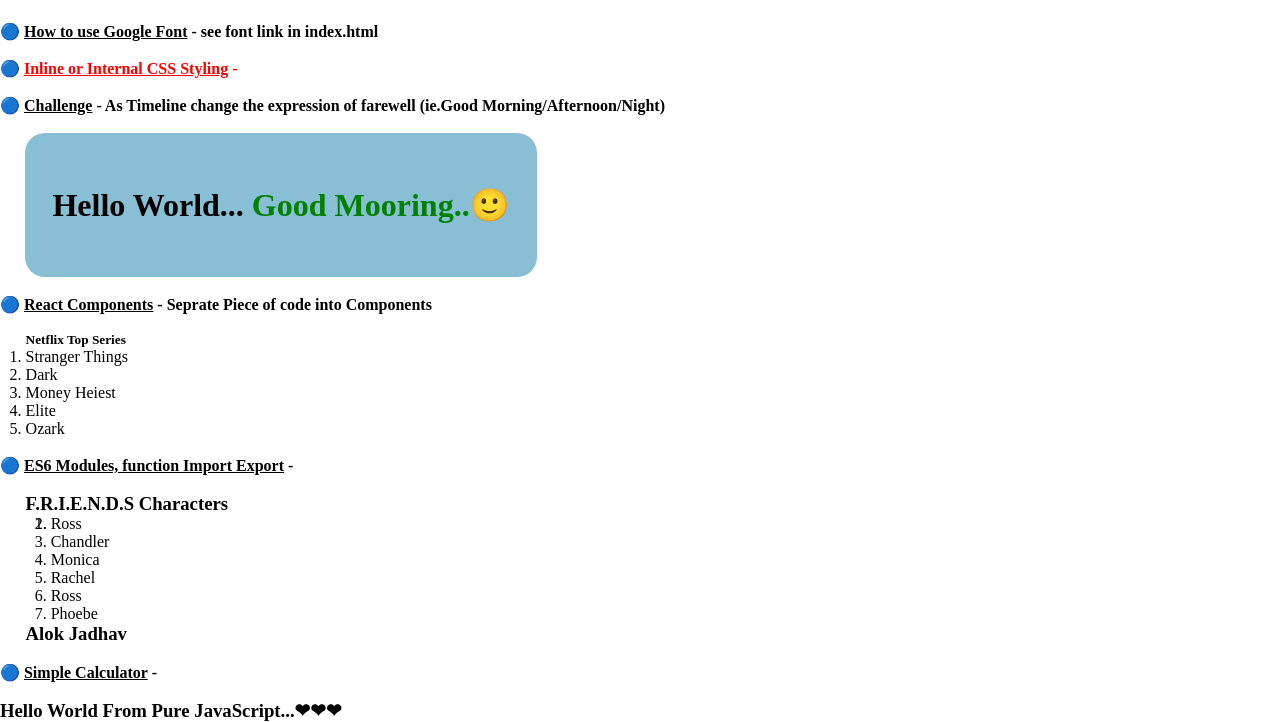
Repository: AalokJadhav/Being_ReactJS
Page: /
These files come from the project's save history. The page is drawn as it stood at one moment and after the next save; the edit follows.
The browser window is 1280 px wide. The pictures show the part of the page from y = 620 to 1414 px (the page is 1342 px tall before and 1414 px after).
The project was rebuilt for these pictures with package versions that can differ from the ones it lists, and the page was loaded fresh each time.

Above is the page before, as saved 2021-10-16 00:53:15.

### public/index.html
<!DOCTYPE html>
<html lang="en">

<head>
  <meta charset="utf-8" />
  <link rel="icon" href="%PUBLIC_URL%/favicon.ico" />
  <meta name="viewport" content="width=device-width, initial-scale=1" />
  <meta name="theme-color" content="#000000" />
  <meta name="description" content="Web site created using create-react-app" />
  <link rel="apple-touch-icon" href="%PUBLIC_URL%/logo192.png" />
  <!--
      manifest.json provides metadata used when your web app is installed on a
      user's mobile device or desktop. See https://developers.google.com/web/fundamentals/web-app-manifest/
    -->
  <link rel="manifest" href="%PUBLIC_URL%/manifest.json" />
  <link rel="preconnect" href="https://fonts.googleapis.com">
  <link rel="preconnect" href="https://fonts.gstatic.com" crossorigin>
  <link href="https://fonts.googleapis.com/css2?family=Josefin+Slab:ital,wght@1,200&display=swap" rel="stylesheet">
  <!--
      Notice the use of %PUBLIC_URL% in the tags above.
      It will be replaced with the URL of the `public` folder during the build.
      Only files inside the `public` folder can be referenced from the HTML.

      Unlike "/favicon.ico" or "favicon.ico", "%PUBLIC_URL%/favicon.ico" will
      work correctly both with client-side routing and a non-root public URL.
      Learn how to configure a non-root public URL by running `npm run build`.
    -->
  <title>React App</title>
</head>

<body>
  <noscript>You need to enable JavaScript to run this app.</noscript>
  <div id="root"></div>
  <!--
      This HTML file is a template.
      If you open it directly in the browser, you will see an empty page.

      You can add webfonts, meta tags, or analytics to this file.
      The build step will place the bundled scripts into the <body> tag.

      To begin the development, run `npm start` or `yarn start`.
      To create a production bundle, use `npm run build` or `yarn build`.
    -->
</body>

</html>

### src/index.js
// var React = require ('react');
// var ReactDom = require ('react-dom');

import React from 'react';
import ReactDom from 'react-dom';
import './index.css';
import App from './App';
import {AllCharacters, fullName} from './App';

const fullDate = new Date();
const date = fullDate.toLocaleDateString();
const time = fullDate.toLocaleTimeString();

const CurrDate = new Date(2021, 14, 10, 9);
const hour = CurrDate.getHours();
let greeting = '';

const cssStyle = {}

if (hour >= 1 && hour < 12) {
  greeting = 'Good Mooring..🙂';
  cssStyle.color = 'green';
} else if (hour >= 12 && hour < 19) {
  greeting = 'Good Afternoon..🙄';
  cssStyle.color = 'orange';
} else {
  greeting = 'Good Night..😴';
}
const RandomImgUrl = 'https://picsum.photos/2000';
const RandomImgUrl1 = 'https://picsum.photos/900';
const RandomImgUrl2 = 'https://picsum.photos/800';
ReactDom.render(

  //Fragments in ReactJS - Use <> </>  or <React.Fragment></React.Fragment>
  <>

    <h1 className="heading">Being React</h1><br />
    <h3>Hello  World From ReactJS...✋</h3><br />

    <h4>🔵 <u>Display Current date and time in JSX</u> -</h4><br />
    <div className="content">
      <p>Current Date is {`${date}`} </p>
      <p>Current Time is {`${time} `} </p>
    </div>
    <br />

    <h4>🔵 <u>JSX Attributes for random image</u> -</h4><br />
    <div className="img_div">
      <img src={RandomImgUrl} alt='random image1' />
      <img src={RandomImgUrl1} alt='random image2' />
      <img src={RandomImgUrl2} alt='random image3' />
    </div>
    <br />

    <h4>🔵 <u>How to use Google Font</u> -  see font link in index.html </h4>
    <div className="content">

    </div>
    <br />

    <h4 style={{ color: 'red', fontFamily: 'serif' }}>🔵 <u>Inline or Internal CSS Styling</u> -</h4>
    <div className="content">

    </div>
    <br />

    <h4>🔵 <u>Challenge</u> - As Timeline change the expression of farewell (ie.Good Morning/Afternoon/Night)</h4><br />
    <div className="challenge1">
      <h1>Hello World...<span style={cssStyle}> {greeting}</span></h1>
    </div>
    <br />

    <h4>🔵 <u>React Components</u> - Seprate Piece of code into Components</h4><br />
    <App />
    <br />

    <h4>🔵 <u>ES6 Modules, function Import Export</u> - </h4><br />
    <div className="content">
      <h3>F.R.I.E.N.D.S Characters</h3>
      <ol className="content">
        <li>{AllCharacters}</li>
      </ol>
      <h3>{fullName()}</h3>
    </div>
    <br />

    <h4>🔵 <u>Simple Calculator</u> - </h4><br />
    <div className="content"></div>
  </>,
  document.getElementById('root'));
<br />



// In Pure JavaScript
var h3 = document.createElement('h3');
h3.innerHTML = 'Hello  World From Pure JavaScript...❤❤❤';
document.getElementById('root').appendChild(h3);

### src/index.css
/* body {
  margin: 0;
  font-family: -apple-system, BlinkMacSystemFont, 'Segoe UI', 'Roboto', 'Oxygen',
    'Ubuntu', 'Cantarell', 'Fira Sans', 'Droid Sans', 'Helvetica Neue',
    sans-serif;
  -webkit-font-smoothing: antialiased;
  -moz-osx-font-smoothing: grayscale;
}

code {
  font-family: source-code-pro, Menlo, Monaco, Consolas, 'Courier New',
    monospace;
} */


*{margin: 0; padding: 0; box-sizing: border-box;};

.heading  h1{
  color: #fa9191;
  align-items: center;
  text-transform: capitalize;
  font-weight: bold;
  padding-left: 2%;
  font-family: 'Josefin Slab', serif;
}

.img_div img{
  width: 33%;
  height: 5%;
  margin: auto;
  padding-left: 2%;
}

.content {
  padding-left: 2%;
}

.challenge1 {
  background-color: rgb(137, 191, 212);
  width: 40%;
  height: 20vh;
  display: flex;
  justify-content: center;
  align-items: center;
  margin-top: -0px;
  margin-left: 25px;
  border-radius: 20px;
}

### src/App.js
import React from "react";
import Heading from "./Heading";
import List from "./List";

const Characters = ['Ross', 'Chandler', 'Monica', 'Rachel', 'Ross', 'Phoebe'];
const AllCharacters = [];

Characters.forEach(function (data) {
    AllCharacters.push(<li>{data}</li>);
});

function fullName() {
    let name = 'Alok Jadhav';
    return name;
}

function App() {

    return (
        <>
        <Heading />
        <List/>
    </>
    );
}

export default App;
export { AllCharacters, fullName};

### src/Heading.jsx
import React from "react";

function  Heading() {
    return (
        <div className="content">
    <h5 style={{fontFamily: 'serif'}}>Netflix Top Series</h5>
    </div>
    )
}

export default Heading;

### src/List.jsx
import React from "react";

function List() {

    return (
        <div className="content">
             <ol>
    <li>Stranger Things</li>
    <li>Dark</li>
    <li>Money Heiest</li>
    <li>Elite</li>
    <li>Ozark</li>
  </ol>
        </div>
    )
}

export default List;

After the next save:
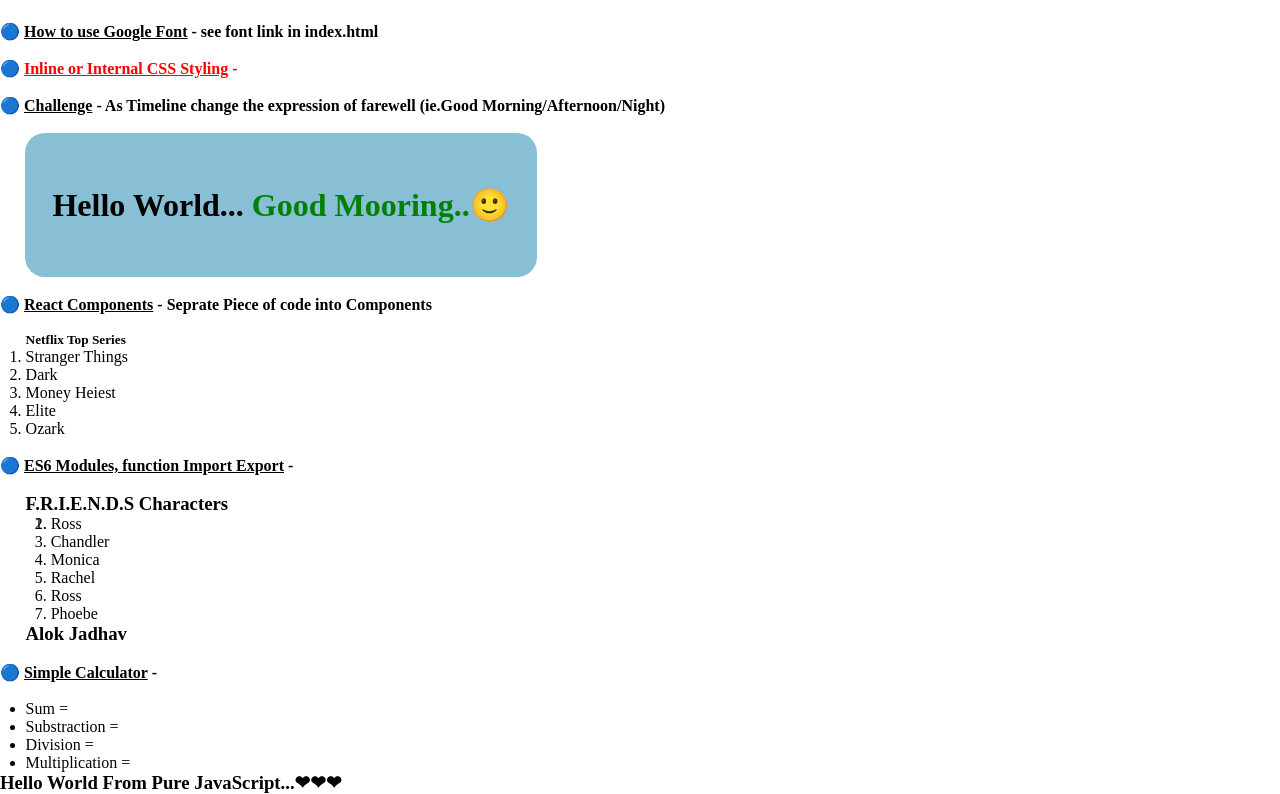
Saved 14 h 36 min later.
--- a/src/index.js
+++ b/src/index.js
@@ -85,7 +85,14 @@ ReactDom.render(
     <br />
 
     <h4>🔵 <u>Simple Calculator</u> - </h4><br />
-    <div className="content"></div>
+    <div className="content">
+      <ul>
+        <li>Sum = </li>
+        <li>Substraction =</li>
+        <li>Division = </li>
+        <li>Multiplication =</li>
+      </ul>
+    </div>
   </>,
   document.getElementById('root'));
 <br />
